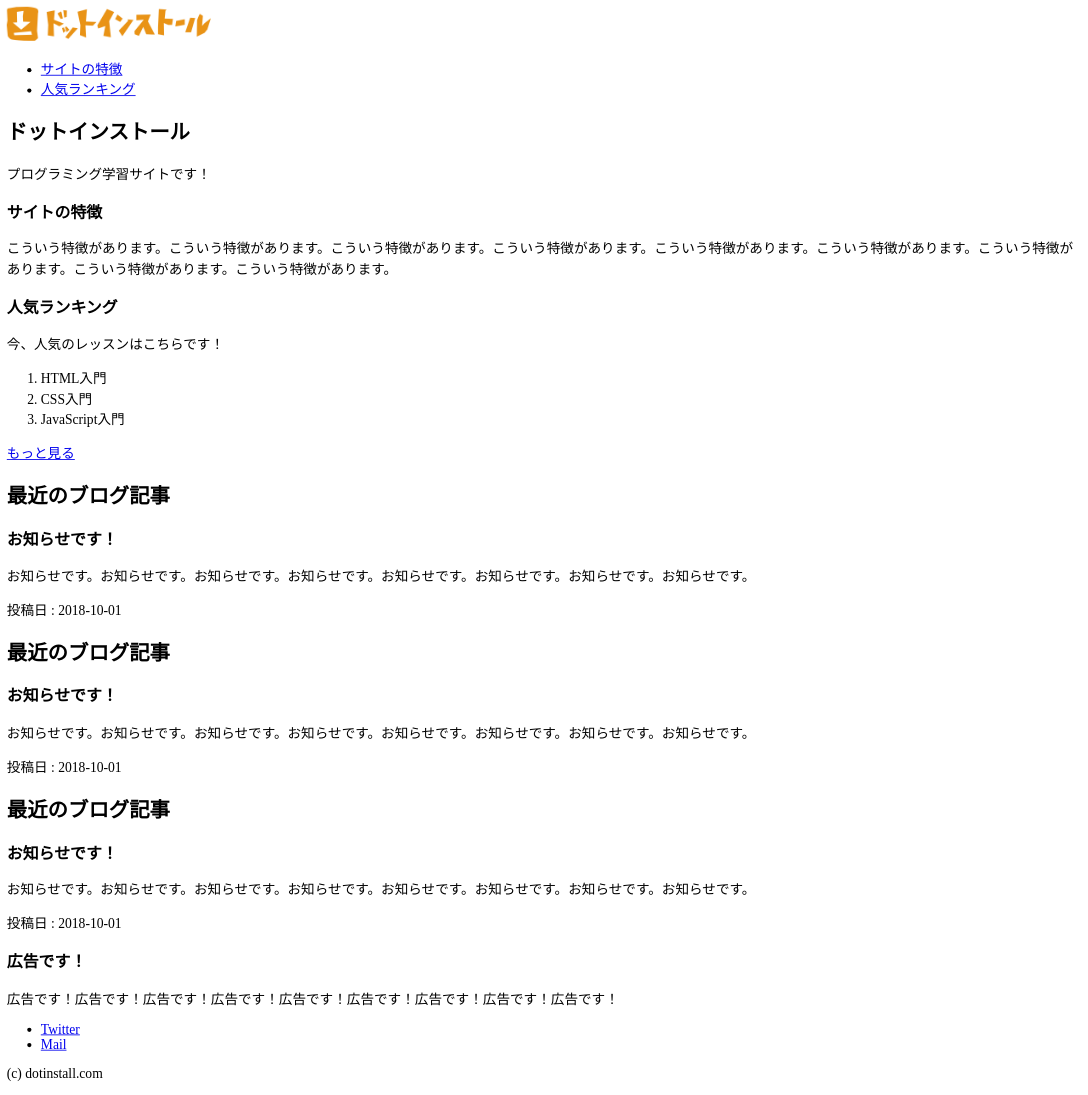
Repository: kojimayu/dotinstall-html
Page: index.html
These files come from the project's save history. The page is drawn as it stood at one moment and after the next save; the edit follows.
The browser window is 1280 px wide. The pictures show the whole page, at 85% of full size.

Above is the page before, as saved 2019-04-05 12:12:46.

After the next save:
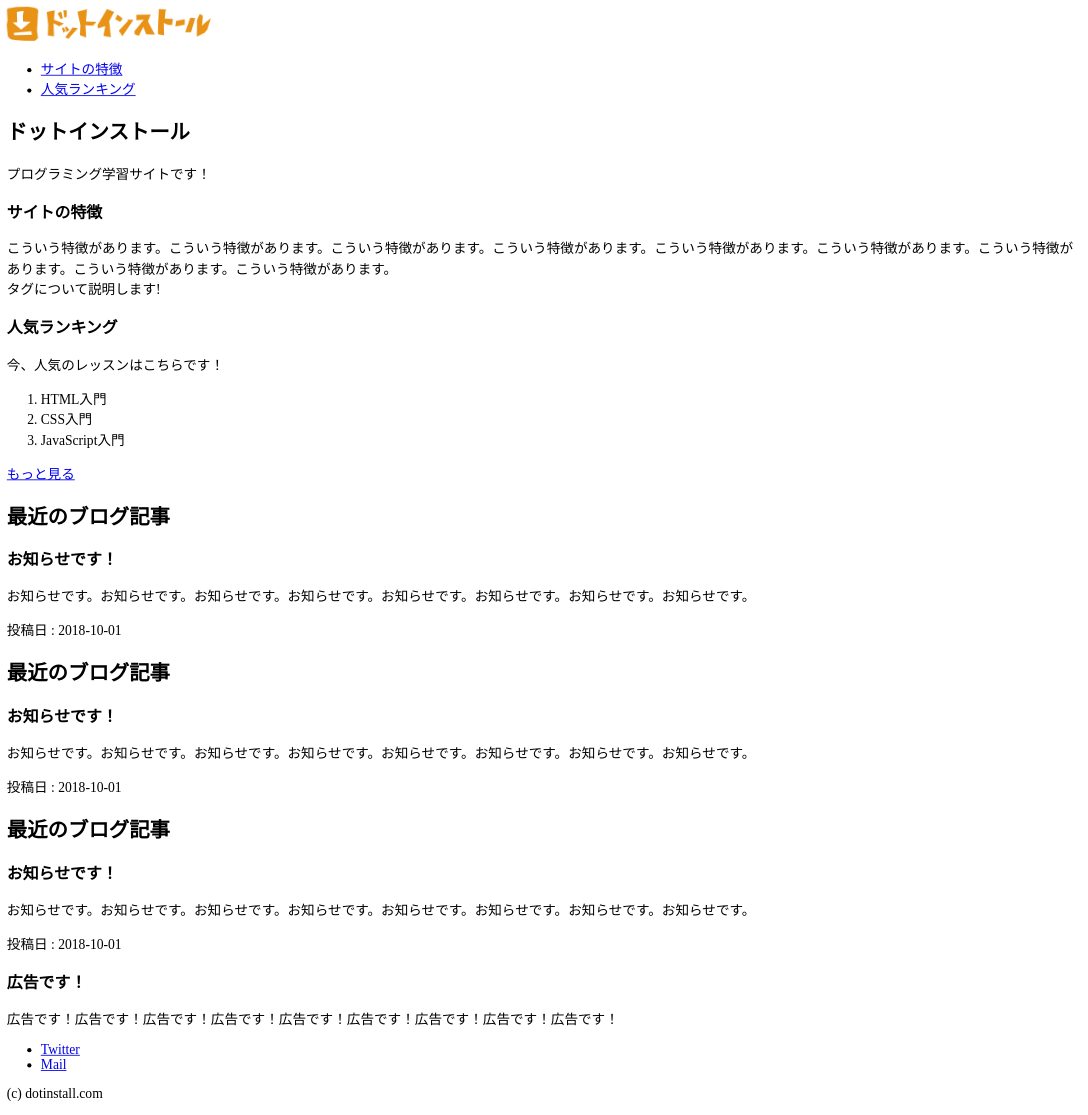
Saved 40 min 37 s later.
--- a/index.html
+++ b/index.html
@@ -24,7 +24,7 @@
     <p>プログラミング学習サイトです！</p>
     <section>
       <h1 id="about">サイトの特徴</h1>
-      <p>こういう特徴があります。こういう特徴があります。こういう特徴があります。こういう特徴があります。こういう特徴があります。こういう特徴があります。こういう特徴があります。こういう特徴があります。こういう特徴があります。
+      <p>こういう特徴があります。こういう特徴があります。こういう特徴があります。こういう特徴があります。こういう特徴があります。こういう特徴があります。こういう特徴があります。こういう特徴があります。こういう特徴があります。<br>タグについて説明します!
       </p>
     </section>
     <section>

After the save that followed:
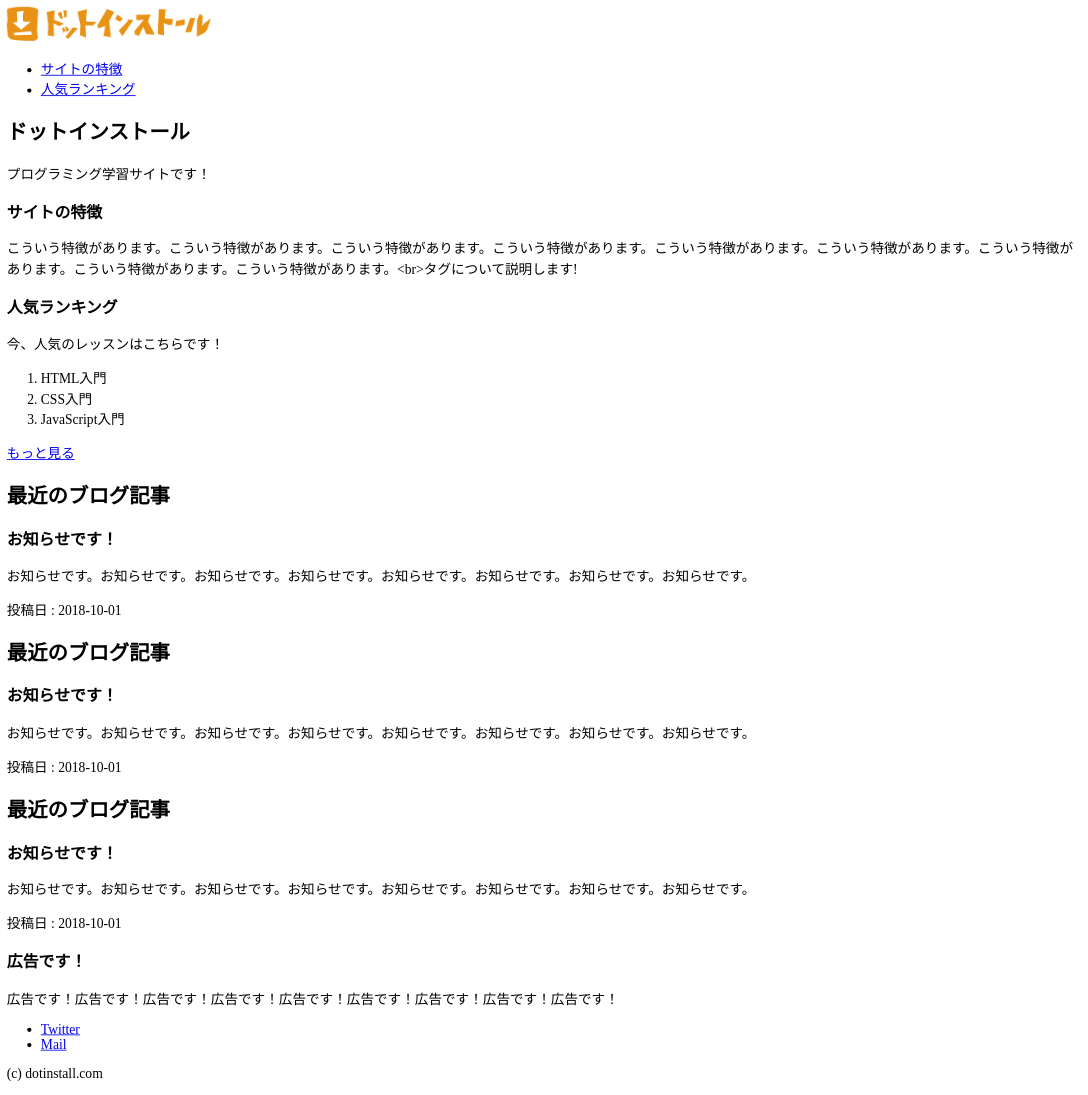
Saved 99 s later.
--- a/index.html
+++ b/index.html
@@ -24,7 +24,7 @@
     <p>プログラミング学習サイトです！</p>
     <section>
       <h1 id="about">サイトの特徴</h1>
-      <p>こういう特徴があります。こういう特徴があります。こういう特徴があります。こういう特徴があります。こういう特徴があります。こういう特徴があります。こういう特徴があります。こういう特徴があります。こういう特徴があります。<br>タグについて説明します!
+      <p>こういう特徴があります。こういう特徴があります。こういう特徴があります。こういう特徴があります。こういう特徴があります。こういう特徴があります。こういう特徴があります。こういう特徴があります。こういう特徴があります。&lt;br&gt;タグについて説明します!
       </p>
     </section>
     <section>
